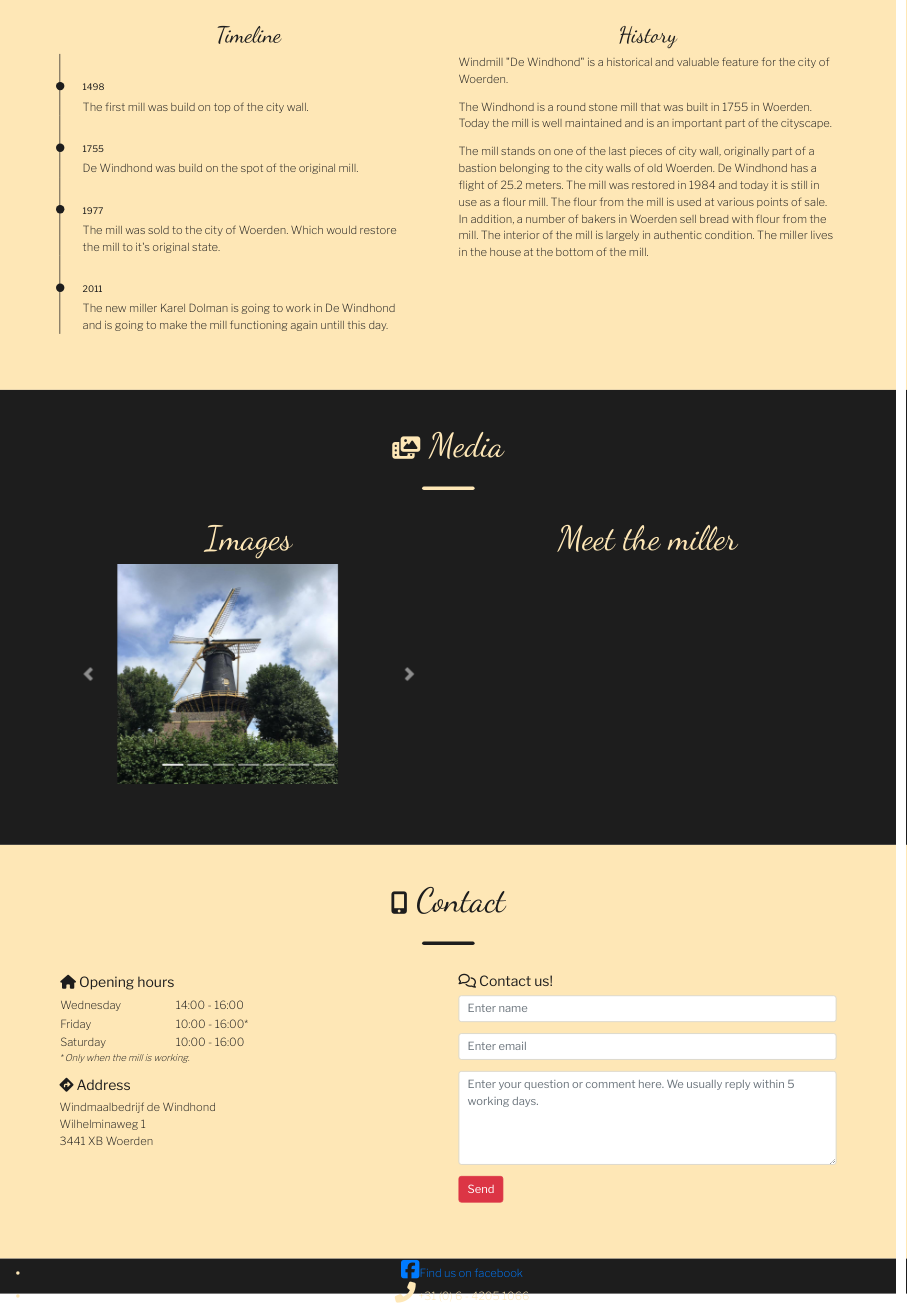
Repository: jdl208/DeWindhond
Page: index.html
The author's editor kept a record of every edit. The page is drawn from the files as they stood at one moment, then again after the next edit.
The browser window is 1280 px wide. The page is 1295 px wide, so the pictures cover 1295 px, including what lies to the right of the window. The pictures show the part of the page from y = 800 to 2680 px (the page is 2680 px tall before and 2655 px after), at 70% of full size.
Pictures or frames that could not be fetched are drawn as grey boxes. Some web libraries are served in a nearby version.

Above is the page before.

### index.html
<!DOCTYPE html>
<html lang="en">

<head>
    <meta charset="UTF-8">
    <meta name="viewport" content="width=device-width, initial-scale=1.0">
    <meta http-equiv="X-UA-Compatible" content="ie=edge">
    <title>Windmill "De Windhond"</title>
    <link rel="stylesheet" href="https://stackpath.bootstrapcdn.com/bootstrap/4.3.1/css/bootstrap.min.css" integrity="sha384-ggOyR0iXCbMQv3Xipma34MD+dH/1fQ784/j6cY/iJTQUOhcWr7x9JvoRxT2MZw1T" crossorigin="anonymous">
    <link href="https://fonts.googleapis.com/css?family=Dancing+Script:400,700&display=swap" rel="stylesheet">
    <link rel="stylesheet" href="assets/css/style.css" type="text/css" />

</head>

<body>

    <!-- Header and Navigation-->

    <header class="jumbotron" id="home">
        <nav class="navbar fixed-top navbar-expand-lg navbar-light">
            <div class="navbar-brand" href="#"></div>
            <button class="navbar-toggler" type="button" data-toggle="collapse" data-target="#navbarTogglerDemo02" aria-controls="navbarTogglerDemo02" aria-expanded="false" aria-label="Toggle navigation">
                <span class="navbar-toggler-icon"></span>
            </button>

            <div class="collapse navbar-collapse" id="navbarTogglerDemo02">
                <ul class="navbar-nav ml-auto mt-2 mt-lg-0">
                    <li class="nav-item ml-auto nav--link">
                        <a class="nav-link" href="#home"><strong>Home</strong><span class="sr-only">(current)</span></a>
                    </li>
                    <li class="nav-item ml-auto nav--link">
                        <a class="nav-link" href="#about"><strong>About</strong></a>
                    </li>
                    <li class="nav-item ml-auto nav--link">
                        <a class="nav-link" href="#media"><strong>Media</strong></a>
                    </li>
                    <li class="nav-item ml-auto nav--link">
                        <a class="nav-link" href="#contact"><strong>Contact</strong></a>
                    </li>
                </ul>
            </div>
        </nav>
        <h1 class="name">"De Windhond"</h1>
    </header>

    <!-- About -->

    <section class="light-bg sectioncontainer" id="about">
        <div class="container about">
            <h2><i class="far fa-list-alt media-icon"></i> About</h2>
            <hr class="block-divider dark-divider">

            <div class="row">
                <div class="col-md-6">
                    <h4>Timeline</h4>
                    <div class="history-items">
                        <div class="timeline-item" data-dates="1498">
                            <p>The first mill was build on top of the city wall.</p>
                        </div>
                        <div class="timeline-item" data-dates="1755">
                            <p>De Windhond was build on the spot of the original mill.</p>
                        </div>
                        <div class="timeline-item" data-dates="1977">
                            <p>The mill was sold to the city of Woerden. Which would restore the mill to it's original state.</p>
                        </div>
                        <div class="timeline-item" data-dates="2011">
                            <p>The new miller Karel Dolman is going to work in De Windhond and is going to make the mill functioning again untill this day.</p>
                        </div>
                    </div>
                </div>
                <div class="col-md-6">
                    <hr class="block-divider dark-divider d-md-none">
                    <h4>History</h4>

                    <p>Windmill "De Windhond" is a historical and valuable feature for the city of Woerden.</P>
                    <p>The Windhond is a round stone mill that was built in 1755 in Woerden. Today the mill is well maintained and is an important part of the cityscape.</p>
                    <p>The mill stands on one of the last pieces of city wall, originally part of a bastion belonging to the city walls of old Woerden. De Windhond has a flight of 25.2 meters. The mill was restored in 1984 and today it is still in use as
                        a flour mill. The flour from the mill is used at various points of sale. In addition, a number of bakers in Woerden sell bread with flour from the mill. The interior of the mill is largely in authentic condition. The miller lives
                        in the house at the bottom of the mill.
                    </p>
                </div>
            </div>
        </div>

    </section>

    <!-- Media section-->

    <section id="media" class="dark-bg mediabox">
        <div class="container sectioncontainer ">
            <H2><i class="fas fa-photo-video media-icon"></i> Media</H2>
            <hr class="block-divider yellow-divider">
            <div class="row">
                <div class="col-md-6 imagebox">
                    <h3>Images</h3>
                    <div id="carouselExampleIndicators" class="carousel slide mediacarroussel" data-ride="carousel">
                        <ol class="carousel-indicators">
                            <li data-target="#carouselExampleIndicators" data-slide-to="0" class="active"></li>
                            <li data-target="#carouselExampleIndicators" data-slide-to="1"></li>
                            <li data-target="#carouselExampleIndicators" data-slide-to="2"></li>
                            <li data-target="#carouselExampleIndicators" data-slide-to="3"></li>
                            <li data-target="#carouselExampleIndicators" data-slide-to="4"></li>
                            <li data-target="#carouselExampleIndicators" data-slide-to="5"></li>
                            <li data-target="#carouselExampleIndicators" data-slide-to="6"></li>
                        </ol>
                        <div class="carousel-inner">
                            <div class="carousel-item active">
                                <img src="assets/images/img1.jpg" class="d-block" alt="...">
                            </div>
                            <div class="carousel-item">
                                <img src="assets/images/img2.jpg" class="d-block" alt="...">
                            </div>
                            <div class="carousel-item">
                                <img src="assets/images/img3.jpg" class="d-block" alt="...">
                            </div>
                            <div class="carousel-item">
                                <img src="assets/images/img4.jpg" class="d-block" alt="...">
                            </div>
                            <div class="carousel-item">
                                <img src="assets/images/img5.jpg" class="d-block" alt="...">
                            </div>
                            <div class="carousel-item">
                                <img src="assets/images/img6.jpg" class="d-block" alt="...">
                            </div>
                            <div class="carousel-item">
                                <img src="assets/images/img7.jpg" class="d-block" alt="...">
                            </div>
                        </div>
                        <a class="carousel-control-prev" href="#carouselExampleIndicators" role="button" data-slide="prev">
                        <span class="carousel-control-prev-icon" aria-hidden="true"></span>
                        <span class="sr-only">Previous</span>
                    </a>
                        <a class="carousel-control-next" href="#carouselExampleIndicators" role="button" data-slide="next">
                        <span class="carousel-control-next-icon" aria-hidden="true"></span>
                        <span class="sr-only">Next</span>
                    </a>
                    </div>
                </div>
                <div class="col-md-6">
                    <hr class="block-divider yellow-divider d-md-none">
                    <h3>Meet the miller</h3>
                    <iframe width="100%" height="315" src="https://www.youtube.com/embed/lAjF5r5rAqM" frameborder="0" allow="accelerometer; autoplay; encrypted-media; gyroscope; picture-in-picture" allowfullscreen></iframe>
                </div>
            </div>
        </div>
    </section>

    <!-- Contact-->

    <section id="contact" class="sectioncontainer light-bg">
        <div class="container">
            <h2><i class="fas fa-mobile-alt media-icon"></i> Contact</h2>
            <hr class="block-divider dark-divider">
            <div class="row">
                <div class="col-md-6 contact_visiting">
                    <table>
                        <th>
                            <h5><i class="fas fa-home"></i> Opening hours</h5>
                        </th>
                        <tr>
                            <td>Wednesday</td>
                            <td>14:00 - 16:00</td>
                        </tr>
                        <tr>
                            <td>Friday</td>
                            <td>10:00 - 16:00*</td>
                        </tr>
                        <tr>
                            <td>Saturday</td>
                            <td>10:00 - 16:00</td>
                        </tr>

                    </table>
                    <p class="footnote_opening">* Only when the mill is working.</p>
                    <h5 class=""> </h5>
                    <h5><i class="fas fa-directions"></i> Address</h5>
                    <p>Windmaalbedrijf de Windhond<br> Wilhelminaweg 1<br> 3441 XB Woerden
                    </p>

                </div>

                <div class="col-md-6">
                    <h5><i class="far fa-comments"></i> Contact us!</h5>
                    <div class="form-group">
                        <input type="text" class="form-control" placeholder="Enter name" required>
                    </div>
                    <div class="form-group">
                        <input type="email" class="form-control" placeholder="Enter email" required>
                    </div>
                    <div class="form-group">
                        <textarea class="form-control" rows="5" Placeholder="Enter your question or comment here. We usually reply within 5 working days." required></textarea>
                    </div>
                    <button type="submit" class="btn btn-primary btn-danger">Send</button>
                    </form>
                </div>
            </div>

    </section>

    <footer class="dark-bg">
        <div class="row footer">
            <div class="col-12">
                <ul>
                    <li><a href="https://www.facebook.com/windmaalbedrijfdewindhond?pnref=story"><i class="fab fa-facebook-square"></i>Find us on facebook</a></li>
                    <li><i class="fas fa-phone-alt"></i> +31 (0) 6 - 4205 1066</li>
                </ul>
            </div>
        </div>
    </footer>

    <script src="https://code.jquery.com/jquery-3.3.1.slim.min.js" integrity="sha384-q8i/X+965DzO0rT7abK41JStQIAqVgRVzpbzo5smXKp4YfRvH+8abtTE1Pi6jizo" crossorigin="anonymous"></script>
    <script src="https://cdnjs.cloudflare.com/ajax/libs/popper.js/1.14.7/umd/popper.min.js" integrity="sha384-UO2eT0CpHqdSJQ6hJty5KVphtPhzWj9WO1clHTMGa3JDZwrnQq4sF86dIHNDz0W1" crossorigin="anonymous"></script>
    <script src="https://stackpath.bootstrapcdn.com/bootstrap/4.3.1/js/bootstrap.min.js" integrity="sha384-JjSmVgyd0p3pXB1rRibZUAYoIIy6OrQ6VrjIEaFf/nJGzIxFDsf4x0xIM+B07jRM" crossorigin="anonymous"></script>
    <script src="https://kit.fontawesome.com/70761e8d6e.js"></script>

</body>

</html>

### assets/css/style.css
@import url('https://fonts.googleapis.com/css?family=Dancing+Script:400,700|Libre+Franklin:200,300,400&display=swap');

body {
    font-family: "Libre Franklin";
    font-weight: 200;
}

.sectioncontainer {
    padding-top: 50px;
    padding-bottom: 80px;
}

a,
a:hover {
    text-decoration: none;
}

/* ---------------------------------------------- Colors */

.dark-bg {
    color: #fee7b6;
    background-color: rgba(29, 29, 29, 1);
}

.light-bg {
    background-color: #fee7b6;
    color: rgb(29, 29, 29);
}

.block-divider {
    width: 75px;
    height: 5px;
    border: 0;
    border-radius: 15px;
    margin-top: 30px;
    margin-bottom: 40px;
}

.yellow-divider {
    background-color: #fee7b6;
}

.dark-divider {
    background-color: rgb(29, 29, 29);
}

.light-link {
    color: #fee7b6;
}



/* ---------------------------------------------- Headings */

h2,
h3,
h4 {
    font-family: "dancing script";
    text-align: center;
    font-size: 3rem;
}

h4 {
    font-size: 2rem;

}

.media-icon {
    font-size: 32px;
}

/* ---------------------------------------------- Header and navbar */

.navbar {
    background: none;
}

.navbar-light {
    color: rgba(29, 29, 29, 1);
}

.nav-link {
    background-color: rgba(254, 231, 182, 0.8);
    border-radius: 15px;
    width: 77px;
    margin-left: 10px;
    text-align: center;
    border: rgba(29, 29, 29, 1) 1px solid;

}

.navbar-toggler {
    background-color: rgba(254, 231, 182, 0.8);
    border: rgba(29, 29, 29, 1) 1px solid;
}

.jumbotron {
    height: 90vh;
    background: url(../images/bgjt.jpg);
    background-position: top;
    background-size: cover;
    background-repeat: no-repeat;
    margin-bottom: 0;
}

.name {
    background-color: rgba(254, 231, 182, 0.8);
    color: rgba(29, 29, 29, 0.8);
    border: rgba(29, 29, 29, 0.8) solid 2px;
    height: 100px;
    width: 400px;
    max-width: 75vw;
    padding-top: 25px;
    border-radius: 100%;
    margin: auto;
    margin-top: 10vh;
    text-align: center;
    font-family: "dancing script";
}

/* ---------------------------------------------- About */

.history-heading {
    margin-bottom: 50px;
}

.timeline-item {
    padding: 4em 2em 0em 2em;
    position: relative;
    border-left: 1px solid;
}

.timeline-item p {
    padding: 0;
    margin: 0;
}

.timeline-item:before {
    content: attr(data-dates);
    position: absolute;
    left: 2.5em;
    top: 3em;
    display: block;
    font-weight: 500;
    font-size: 0.8em;
    padding: 0;
    margin: 0;
}

.timeline-item:after {
    width: 12px;
    height: 12px;
    display: block;
    top: 2.5em;
    position: absolute;
    left: -6px;
    border-radius: 12px;
    content: '';
    background: rgb(29, 29, 29);

}

/* ---------------------------------------------- Media */

.carousel-item {
    height: 315px;
}



.carousel-item img {
    margin: auto;
    height: 100%;
}

/* ---------------------------------------------- Contact */

.footnote_opening {
    font-size: smaller;
    font-style: italic;
}

/* ---------------------------------------------- Footer */

.footer {
    height: 50px;
    text-align: center;
}

.footerlist {
    list-style-type: none;
}

.list-item-footer {
    display: inline-block;
    color: #fee7b6;
    padding-top: 8px;
    margin-left: 20px;
}

footer li i {
    font-size: 30px;
}

After the next edit:
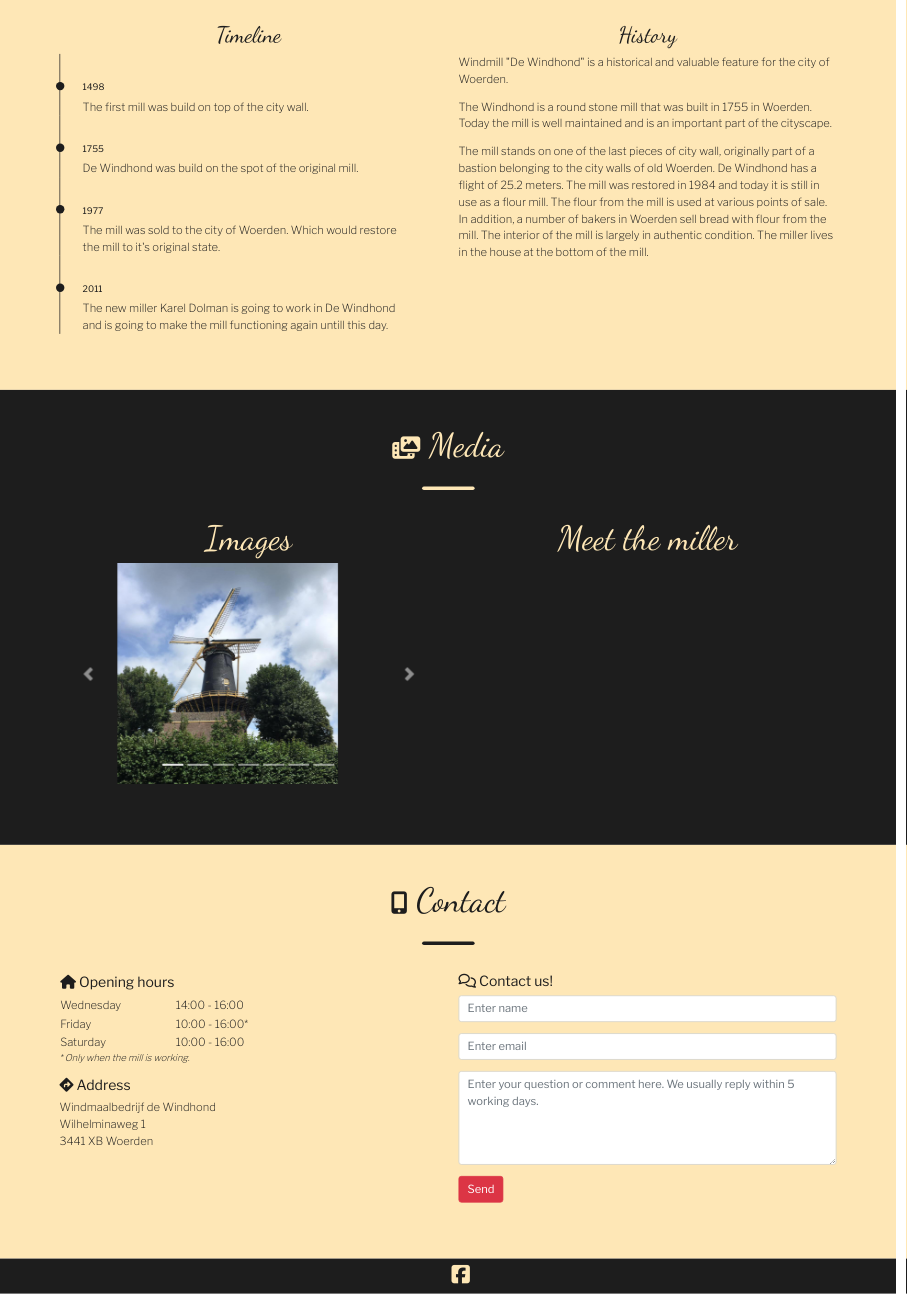
The edit:
--- a/index.html
+++ b/index.html
@@ -200,9 +200,9 @@
     <footer class="dark-bg">
         <div class="row footer">
             <div class="col-12">
-                <ul>
-                    <li><a href="https://www.facebook.com/windmaalbedrijfdewindhond?pnref=story"><i class="fab fa-facebook-square"></i>Find us on facebook</a></li>
-                    <li><i class="fas fa-phone-alt"></i> +31 (0) 6 - 4205 1066</li>
+                <ul class="footerlist">
+                    <li class="list-item-footer"><a class="light-link" href="https://www.facebook.com/windmaalbedrijfdewindhond?pnref=story"><i class="fab fa-facebook-square"></i></a></li>
+                    <li class="list-item-footer"></li>
                 </ul>
             </div>
         </div>
